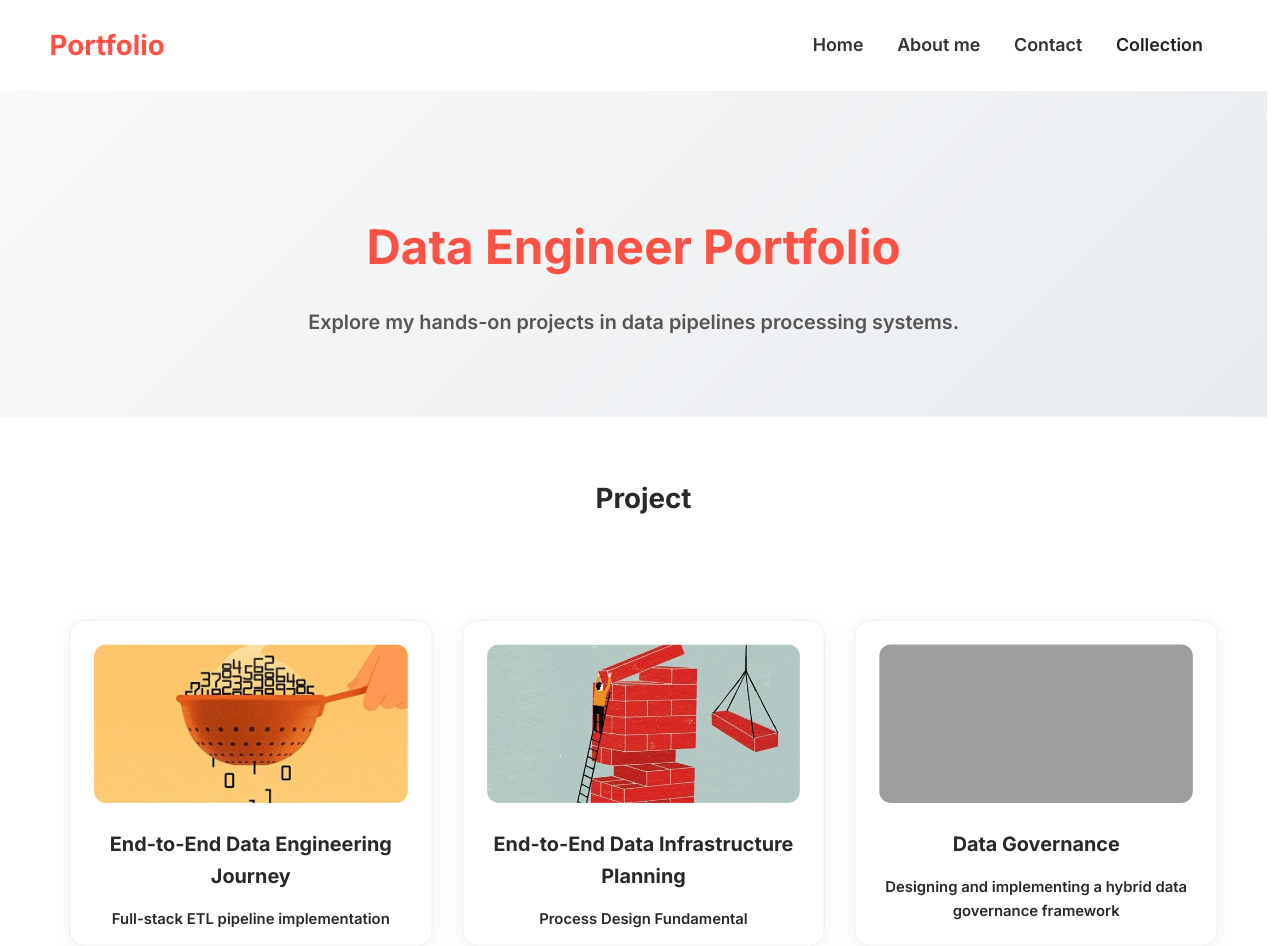
Repository: Wipas1919/Archive-portfolio
Page: projects/data-engineer.html
An editor plug-in stored every save of this project. The page is shown before and after the next save, followed by the edit.
The browser window is 1280 px wide. The page is 1300 px wide, so the pictures cover 1300 px, including what lies to the right of the window. The pictures show the whole page, at 99% of full size.
Pictures or frames that could not be fetched are drawn as grey boxes.

Above is the page before, as saved 2025-06-01 20:47:06.

After the next save:
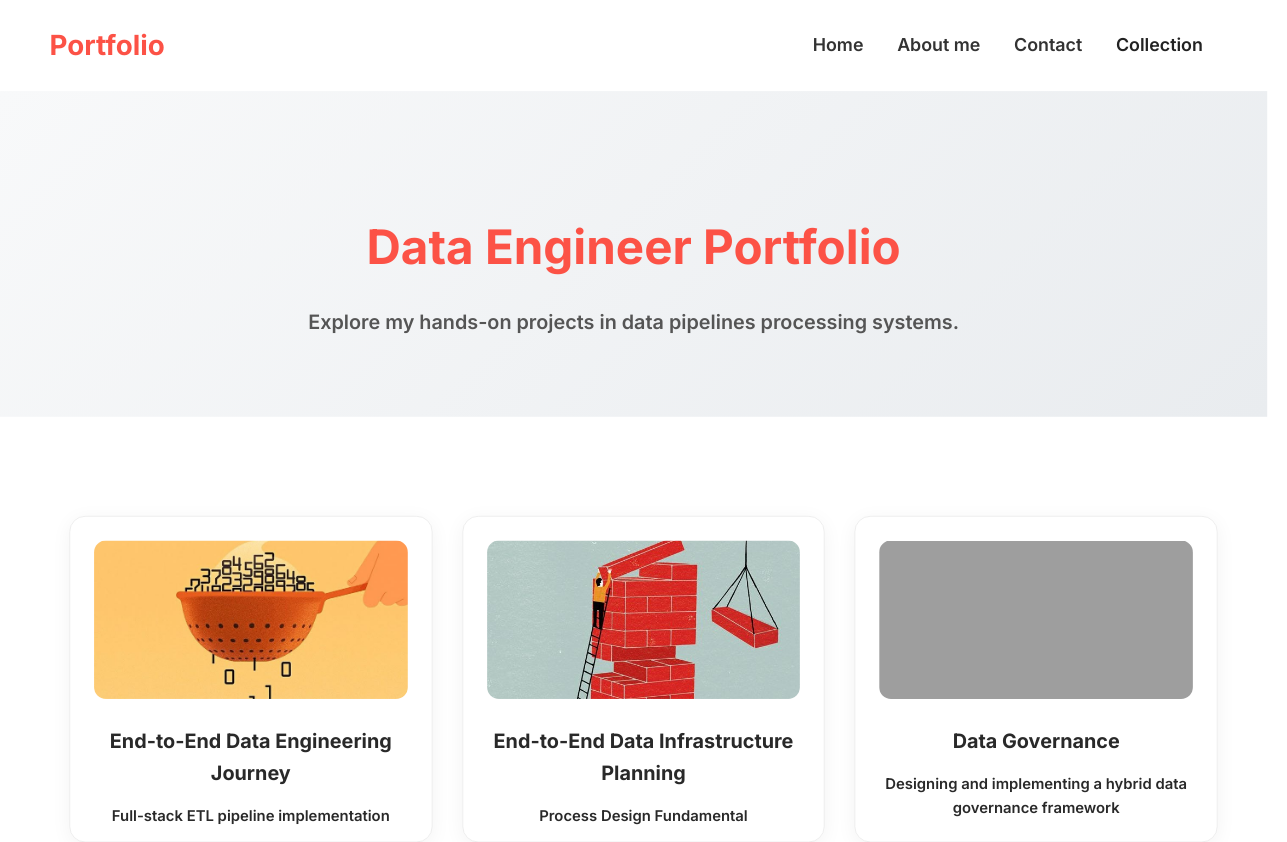
Saved 6 s later.
--- a/projects/data-engineer.html
+++ b/projects/data-engineer.html
@@ -171,7 +171,6 @@
 
   <!-- Project Cards Section -->
   <section class="project-cards container" id="project-cards">
-    <h3>Project</h3>
     <div class="card-grid" id="card-container"></div>
   </section>
 
